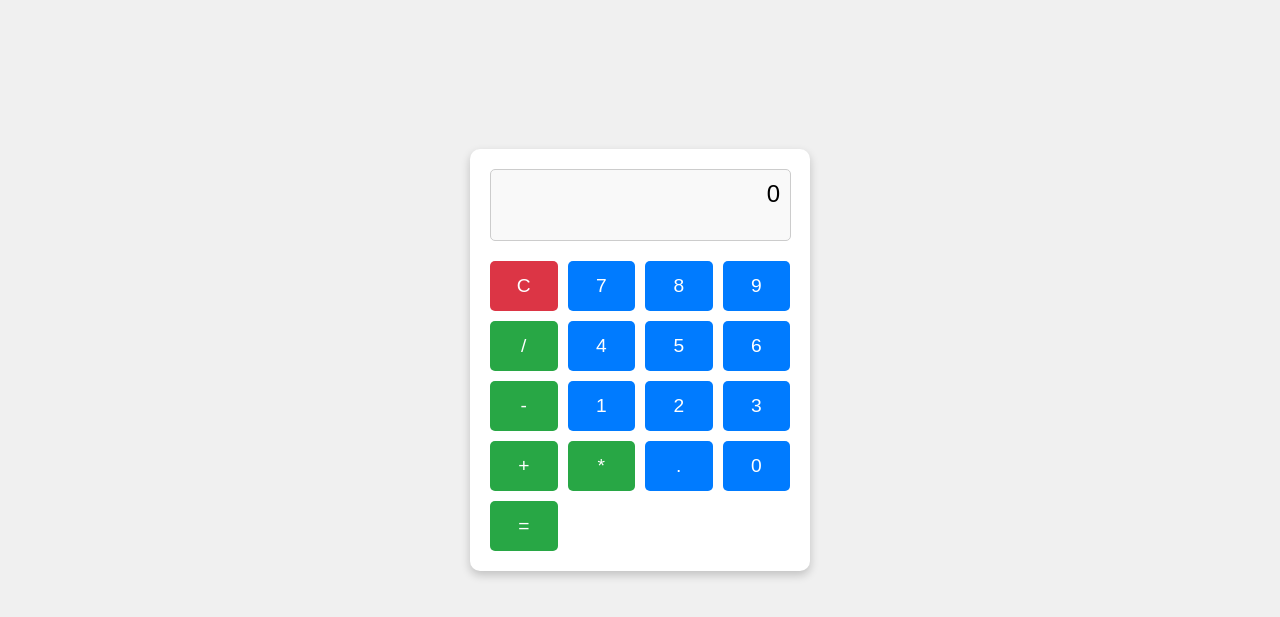
Repository: alizey12/calculator
Page: index.html
These files come from the project's save history. The page is drawn as it stood at one moment and after the next save; the edit follows.
The browser window is 1280 px wide. The pictures show the whole page.

Above is the page before, as saved 2024-11-23 20:34:03.

### index.html
<!DOCTYPE html>
<html lang="en">
<head>
    <meta charset="UTF-8">
    <meta name="viewport" content="width=device-width, initial-scale=1.0">
    <title>Simple Calculator</title>
    <link rel="stylesheet" href="styles.css">
    <body>


</head>
<body>
    <div class="calculator">
        <div class="display" id="display">0</div>
        <div class="buttons">
            <button onclick="clearDisplay()" class="btn" id="clear">C</button>
            <button onclick="appendValue('7')" class="btn">7</button>
            <button onclick="appendValue('8')" class="btn">8</button>
            <button onclick="appendValue('9')" class="btn">9</button>
            <button onclick="operate('/')" class="btn operator">/</button>
            <button onclick="appendValue('4')" class="btn">4</button>
            <button onclick="appendValue('5')" class="btn">5</button>
            <button onclick="appendValue('6')" class="btn">6</button>
            <button onclick="operate('-')" class="btn operator">-</button>
            <button onclick="appendValue('1')" class="btn">1</button>
            <button onclick="appendValue('2')" class="btn">2</button>
            <button onclick="appendValue('3')" class="btn">3</button>
            <button onclick="operate('+')" class="btn operator">+</button>
            <button onclick="operate('*')" class="btn operator">*</button>
            <button onclick="appendValue('.')" class="btn">.</button>
            <button onclick="appendValue('0')" class="btn">0</button>
            <button onclick="calculate()" class="btn operator" id="equals">=</button>
        </div>
    </div>

    <script src="script.js">

    </script>
</body>
</html>

### styles.css
body{
    font-family: Arial, sans-serif;
    display: flex;
    justify-content: center;
    align-items: center;
    height: 100vh;
    background-color: #f0f0f0;
    margin: 0;
}

.calculator {
    background: #fff;
    border-radius: 10px;
    padding: 20px;
    box-shadow: 0 4px 10px rgba(0, 0, 0, 0.2);
    width: 300px;
}

.display {
    width: 93%;
    height: 50px;
    margin-bottom: 20px;
    font-size: 1.5rem;
    text-align: right;
    border: 1px solid #ccc;
    border-radius: 5px;
    background: #f9f9f9;
    padding: 10px;
    overflow-x: auto;
}

.buttons {
    display: grid;
    grid-template-columns: repeat(4, 1fr);
    gap: 10px;
}

.btn {
    height: 50px;
    font-size: 1.2rem;
    border: none;
    border-radius: 5px;
    background: #007bff;
    color: white;
    cursor: pointer;
    transition: background 0.2s;
}

.btn:hover {
    background: #0056b3;
}

.btn.operator {
    background: #28a745;
}

.btn.operator:hover {
    background: #1e7e34;
}

.btn#clear {
    background: #dc3545;
}

.btn#clear:hover {
    background: #a71d2a;
}

### script.js
let displayValue = '';

function appendValue(value) {
    if (displayValue === '0' || displayValue === 'Error') {
        displayValue = value;
    } else {
        displayValue += value;
    }
    updateDisplay();
}

function operate(operator) {
    if (displayValue === 'Error') return;

    displayValue += ` ${operator} `;
    updateDisplay();
}

function clearDisplay() {
    displayValue = '0';
    updateDisplay();
}

function calculate() {
    try {
        // Evaluate the expression
        displayValue = eval(displayValue).toString();
    } catch {
        displayValue = 'Error';
    }
    updateDisplay();
}

function updateDisplay() {
    document.getElementById('display').textContent = displayValue;
}

After the next save:
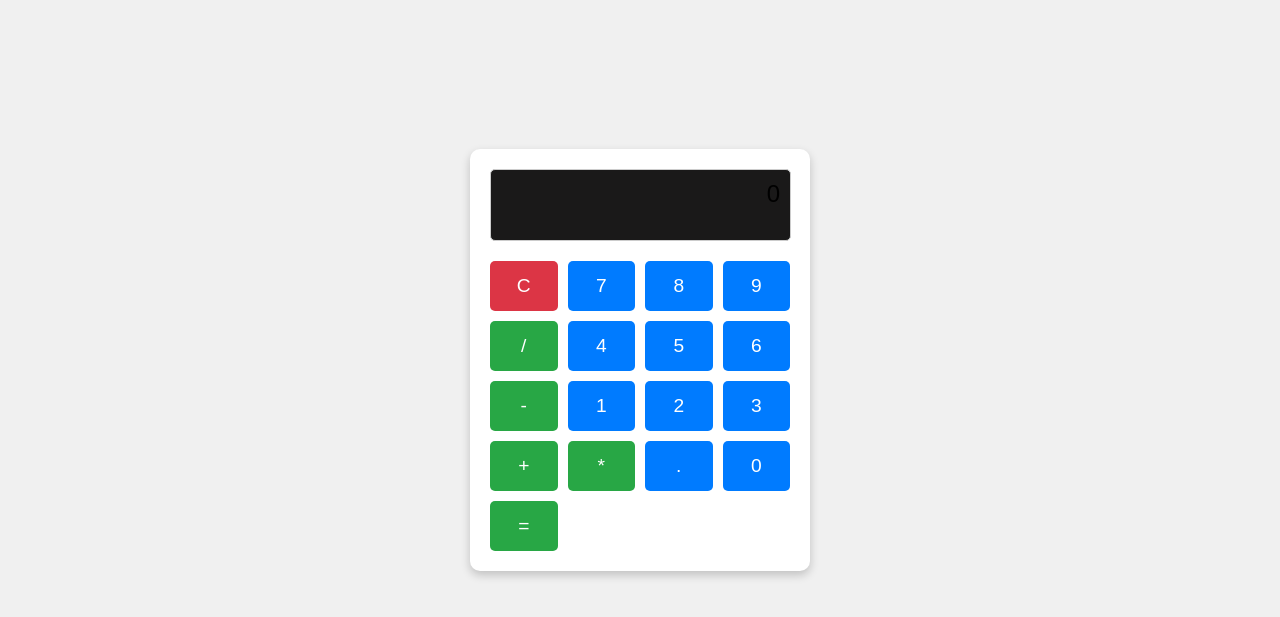
Saved 9 s later.
--- a/styles.css
+++ b/styles.css
@@ -24,7 +24,7 @@ body{
     text-align: right;
     border: 1px solid #ccc;
     border-radius: 5px;
-    background: #f9f9f9;
+    background: #1a1919;
     padding: 10px;
     overflow-x: auto;
 }
